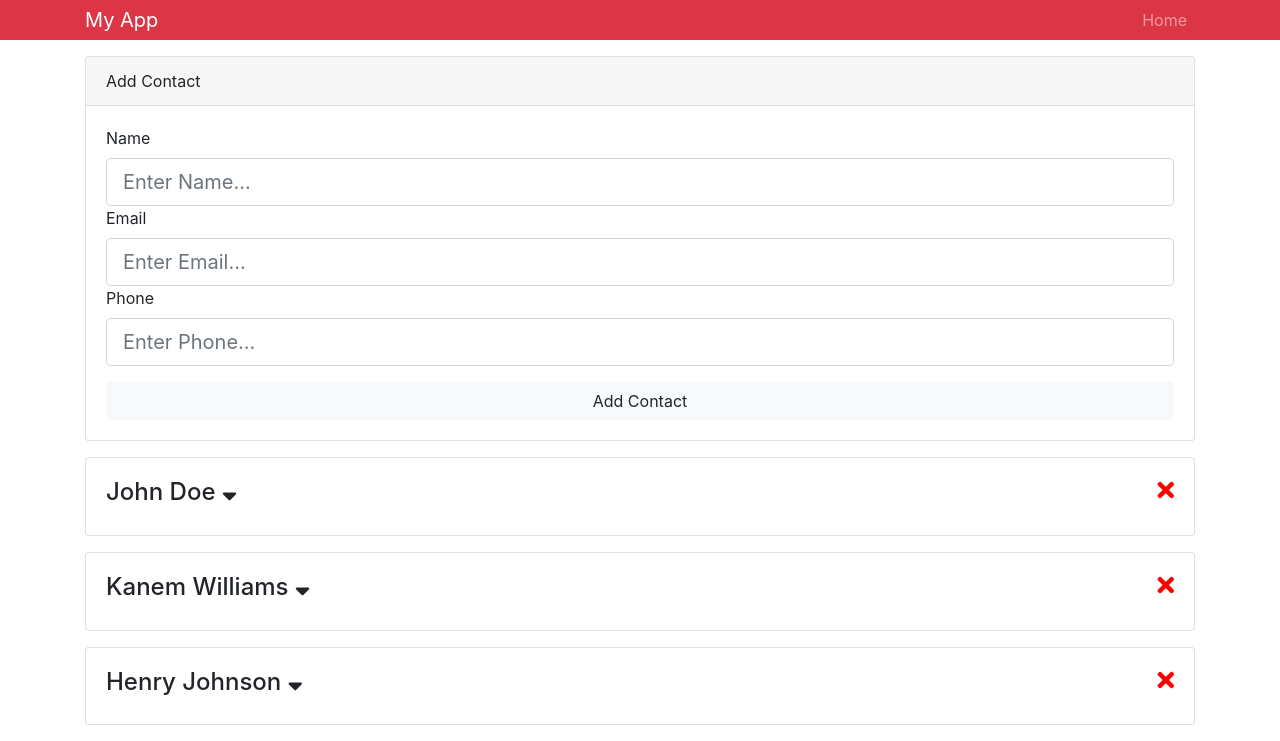
Repository: Mtbwka/contactmanager
Page: /
An editor plug-in stored every save of this project. The page is shown before and after the next save, followed by the edit.
The browser window is 1280 px wide. The pictures show the whole page.
Some web libraries are served in a nearby version. The project was rebuilt for these pictures with package versions that can differ from the ones it lists, and the page was loaded fresh each time.

Above is the page before, as saved 2019-05-08 21:08:52.

After the next save:
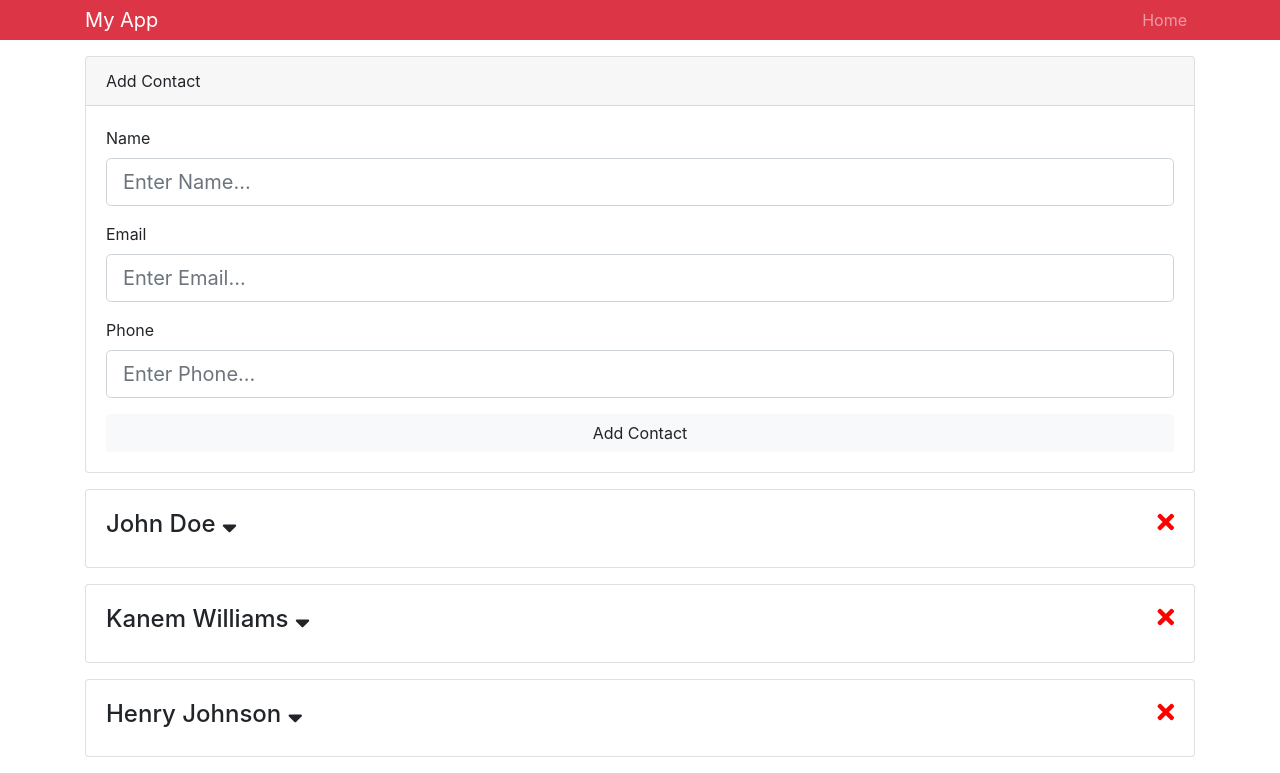
Saved 118 s later.
--- a/src/components/contacts/AddContact.js
+++ b/src/components/contacts/AddContact.js
@@ -53,6 +53,8 @@ class AddContact extends Component {
                       value={name}
                       onChange={this.onChange}
                     />
+                  </div>
+                  <div className='form-group'>
                     <label htmlFor='email'>Email</label>
                     <input
                       type='email'
@@ -62,6 +64,8 @@ class AddContact extends Component {
                       value={email}
                       onChange={this.onChange}
                     />
+                  </div>
+                  <div className='form-group'>
                     <label htmlFor='name'>Phone</label>
                     <input
                       type='text'
